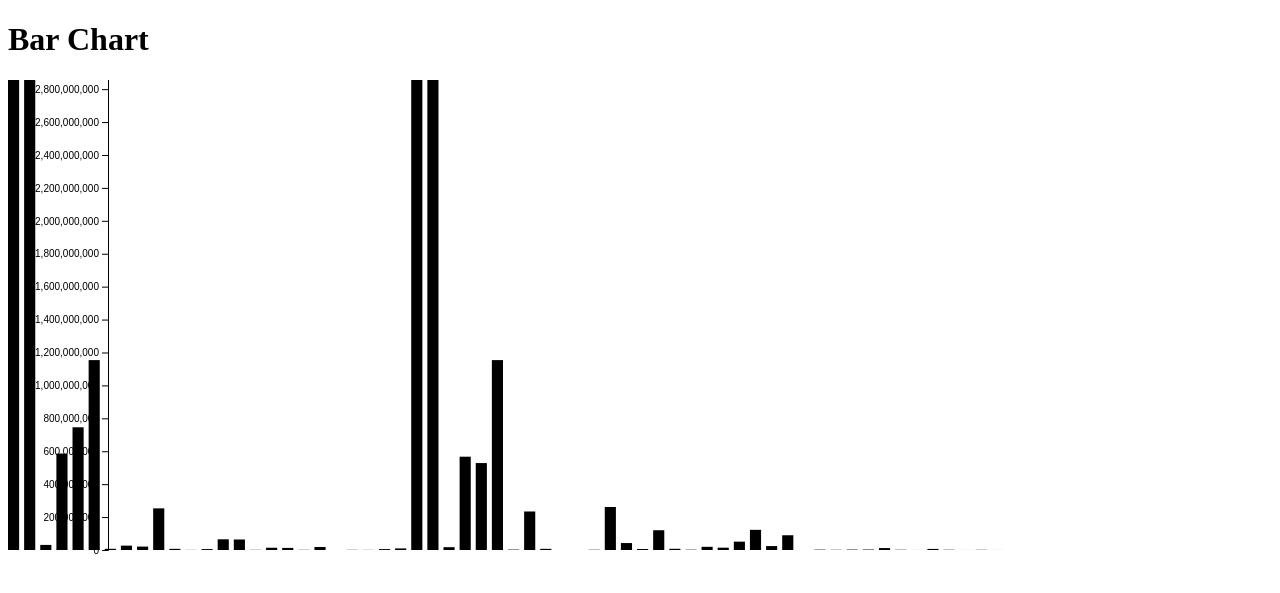
Repository: komalharjani/d3js-visualisation
Page: index.html
The author's editor kept a copy of each file at every save. The page is drawn from the files as they stood at one save, then again after the next save.
The browser window is 1280 px wide. The pictures show the whole page.

Above is the page before, as saved 2020-04-29 18:44:32.

### index.html
<!DOCTYPE html>
<html lang="en">
<head>
    <meta charset="UTF-8">
    <meta name="viewport" content="width=device-width, initial-scale=1.0">
    <title>Information Visualisation Practical 3</title>
</head>
<body>
    <div id="barChart"></div>
    <h1>Bar Chart</h1>

</body>
<script src="https://d3js.org/d3.v5.min.js"></script>
<script src="index.js"></script>
</html>

### index.js

let dataPath = "data/energy.csv";
d3.csv(dataPath)
        .then(function (data) {

                let finals = [];

                //Filter Data into new object
                for (let i = 0; i < data.length; i++) {
                        if (data[i].region == "Combined" && data[i].year == 1990) {
                                finals.push({
                                        amount: parseInt(data[i].amount),
                                        type: data[i].type,
                                })
                        }
                }
                console.log(finals);

                let width = 1000;
                let height = 500;
                let margin = {
                        top: 20,
                        right: 20,
                        bottom: 20,
                        left: 50
                };
                let barwidth = (width / finals.length);

                //Append to HTML Document
                let svg = d3.select("body")
                        .append("svg")
                        .attr("height", height)
                        .attr("width", width);

                //Scales
                let xscale = d3.scaleLinear()
                        .domain([0, d3.max(finals, d => d.amount)])
                        .range([0, width]);

                let yscale = d3.scaleLinear()
                        .domain([0, d3.max(finals, d => d.amount)])
                        .range([height, 0]);

                //text scales
                let yscales = d3.scaleBand()
                .domain(data.map(d => d.type))
                .range(0, width);

                //Axis

                let y_axis = d3.axisLeft()
                        .scale(yscale);

                svg.append("g")
                        .attr("transform", "translate(100,-30)")
                        .call(y_axis)


                //X Axis
                // let x_axis = d3.axisBottom()
                //         .scale(xscale);
                // let xAxisTranslate = height - 30;

                // svg.append("g")
                //         .attr("transform", "translate(100,30)")
                //         .call(yscales)

                //Barchart
                svg.selectAll("body") //add rectangles to all data
                        .data(finals) //provide finals as dataset
                        .enter()
                        .append("rect")
                        .attr("y", function (d) {
                                return height - xscale(d.amount);
                        })
                        .attr("height", function (d) {
                                return xscale(d.amount);
                        })
                        .attr("width", barwidth - 5)
                        .attr("transform", function (d, i) {
                                let translate = [barwidth * i,-30];
                                return "translate(" + translate + ")";
                        })
                        .attr("fill", 'black');

                // Barchart Text
                // let text = svg.selectAll("text")
                //         .data(finals)
                //         .enter()
                //         .append("text")
                //         .text(function (d) {
                //                 return d.amount;
                //         })
                //         .attr("y", function (d, i) {
                //                 return height - xscale(d.amount) - 2;
                //         })
                //         .attr("x", function (d, i) {
                //                 return barwidth * i - 30;
                //         })

        });

After the next save:
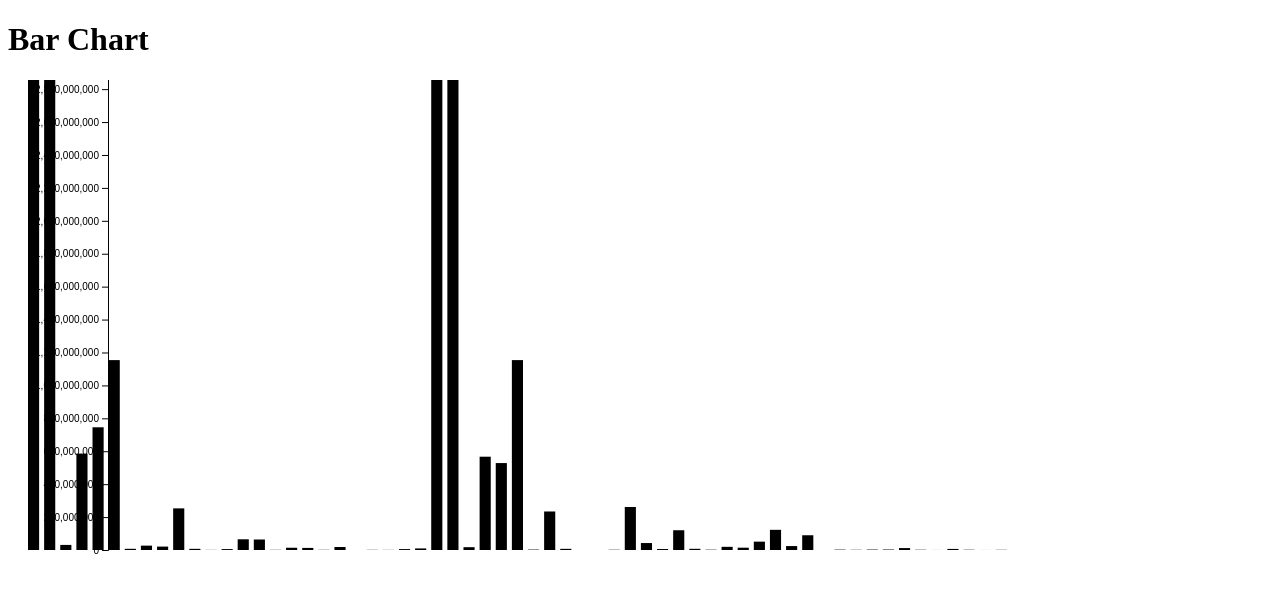
Saved 2 min 19 s later.
--- a/index.js
+++ b/index.js
@@ -78,7 +78,7 @@ d3.csv(dataPath)
                         })
                         .attr("width", barwidth - 5)
                         .attr("transform", function (d, i) {
-                                let translate = [barwidth * i,-30];
+                                let translate = [margin.top + barwidth * i,-30];
                                 return "translate(" + translate + ")";
                         })
                         .attr("fill", 'black');
